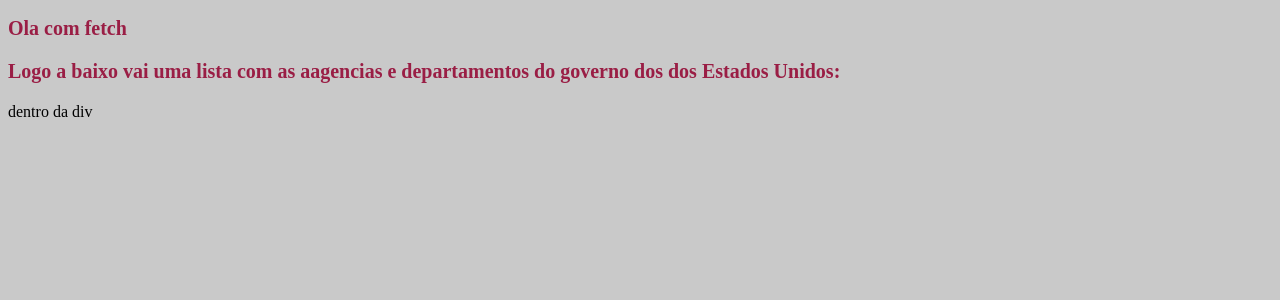
Repository: gustavo-eng/usaJobs
Page: index.html
An editor plug-in stored every save of this project. The page is shown before and after the next save, followed by the edit.
The browser window is 1280 px wide. The pictures show the whole page.
The page's requests for data from a server got no answer.

Above is the page before, as saved 2023-01-08 16:36:49.
Console error: ReferenceError: a is not defined

After the next save:
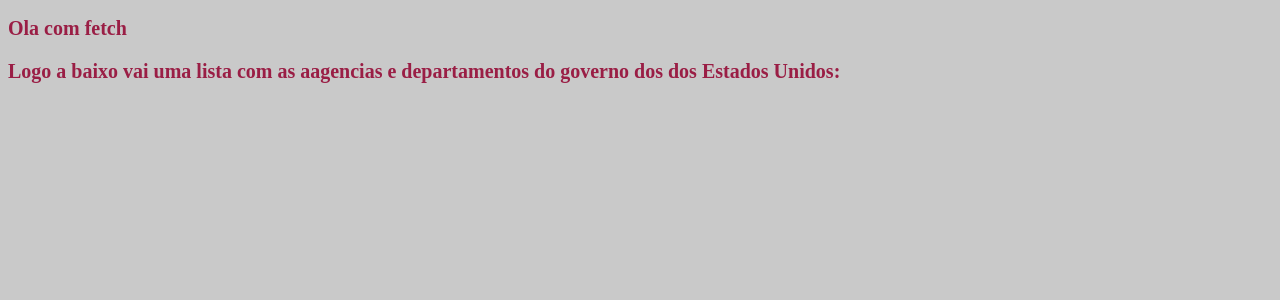
Saved 5 s later.
--- a/index.html
+++ b/index.html
@@ -16,7 +16,7 @@
 
     </div>
     <script>
-        const div =  document.querySelector('div').innerHTML = 'dentro da div '
+        const div =  document.querySelector('div')
         const paragrafo = document.createElement("p")
         paragrafo.innerText = ''
         document.body.appendChild(paragrafo)

After the save that followed:
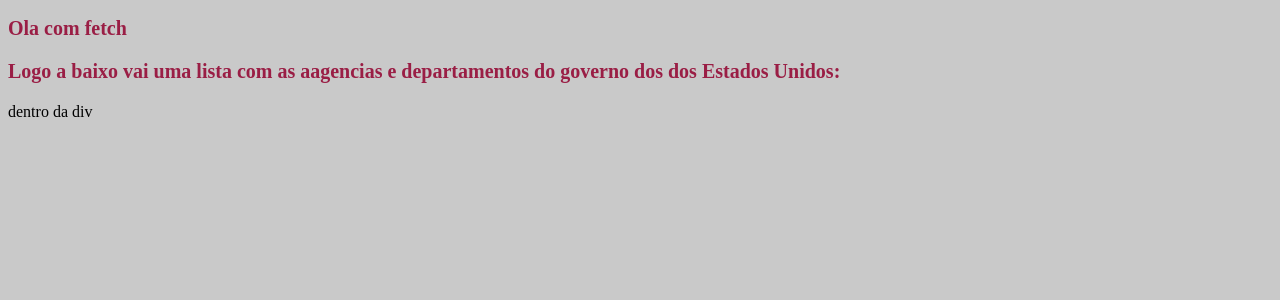
Saved 4 s later.
--- a/index.html
+++ b/index.html
@@ -16,7 +16,7 @@
 
     </div>
     <script>
-        const div =  document.querySelector('div')
+        const div =  document.querySelector('div').innerHTML = 'dentro da div '
         const paragrafo = document.createElement("p")
         paragrafo.innerText = ''
         document.body.appendChild(paragrafo)
